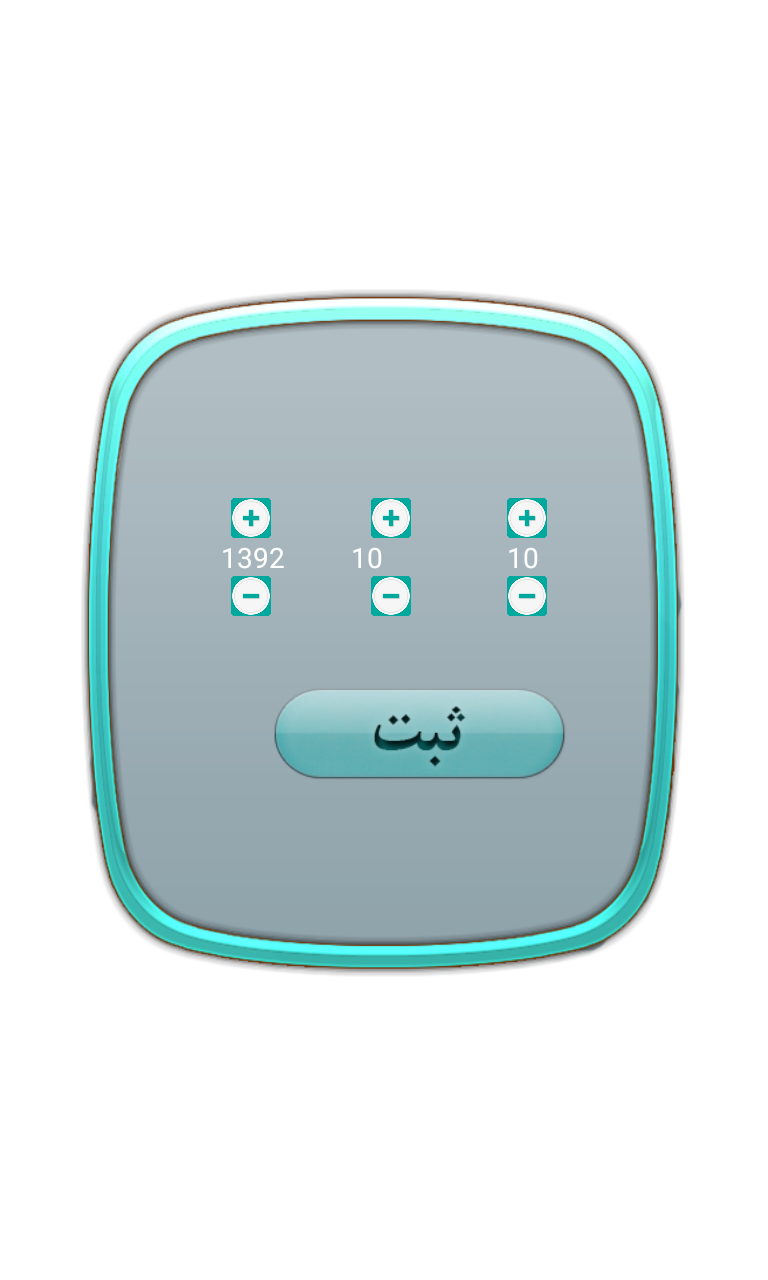
Repository: AtiehPardaz/Reports-Mobile
Layout: Reportsmobile/res/layout/activity_datepicker.xml
An editor plug-in stored every save of this project. The layout is shown before and after the next save, followed by the edit.
It is drawn on a 768 x 1280 px phone screen (xhdpi) without system bars, with theme Theme.behzad; the app's code is not run.

Above is the layout before, as saved 2015-03-10 13:01:51.

### Reportsmobile/res/layout/activity_datepicker.xml
<RelativeLayout xmlns:android="http://schemas.android.com/apk/res/android"
    xmlns:tools="http://schemas.android.com/tools"
    android:layout_width="match_parent"
    android:layout_height="match_parent" >

    <RelativeLayout
        android:id="@+id/rel_cal"
        android:layout_width="wrap_content"
        android:layout_height="wrap_content"
        android:layout_centerHorizontal="true"
        android:layout_centerInParent="true"
        android:layout_marginTop="20sp"
        android:background="@drawable/datepicjerbg"
        android:gravity="center" >

        <RelativeLayout
            android:id="@+id/rel_left"
            android:layout_width="60sp"
            android:layout_height="wrap_content" >

            <ImageView
                android:id="@+id/top_image_year"
                android:layout_width="20sp"
                android:layout_height="20sp"
                android:layout_marginLeft="15sp"
                android:background="@drawable/arow_top_calender" >
            </ImageView>

            <TextView
                android:id="@+id/txt_name_year"
                android:layout_width="wrap_content"
                android:layout_height="wrap_content"
                android:layout_below="@+id/top_image_year"
                android:layout_marginLeft="10sp"
                android:text="1392"
                android:textColor="#FFFFFF" >
            </TextView>

            <ImageView
                android:id="@+id/down_image_year"
                android:layout_width="20sp"
                android:layout_height="20sp"
                android:layout_below="@+id/txt_name_year"
                android:layout_marginLeft="15sp"
                android:background="@drawable/arow_down_calender" >
            </ImageView>
        </RelativeLayout>

        <RelativeLayout
            android:id="@+id/rel_center"
            android:layout_width="65sp"
            android:layout_height="wrap_content"
            android:layout_marginLeft="10sp"
            android:layout_toRightOf="@+id/rel_left" >

            <ImageView
                android:id="@+id/top_image_month"
                android:layout_width="20sp"
                android:layout_height="20sp"
                android:layout_marginLeft="15sp"
                android:background="@drawable/arow_top_calender" >
            </ImageView>

            <TextView
                android:id="@+id/txt_name_month"
                android:layout_width="wrap_content"
                android:layout_height="wrap_content"
                android:layout_below="@+id/top_image_month"
                android:layout_marginLeft="5sp"
                android:text="10"
                android:textColor="#FFFFFF" >
            </TextView>

            <ImageView
                android:id="@+id/down_image_month"
                android:layout_width="20sp"
                android:layout_height="20sp"
                android:layout_below="@+id/txt_name_month"
                android:layout_marginLeft="15sp"
                android:background="@drawable/arow_down_calender" >
            </ImageView>
        </RelativeLayout>

        <RelativeLayout
            android:id="@+id/rel_right"
            android:layout_width="30sp"
            android:layout_height="wrap_content"
            android:layout_marginLeft="18sp"
            android:layout_toRightOf="@+id/rel_center" >

            <ImageView
                android:id="@+id/top_image_day"
                android:layout_width="20sp"
                android:layout_height="20sp"
                android:background="@drawable/arow_top_calender" >
            </ImageView>

            <TextView
                android:id="@+id/txt_name_day"
                android:layout_width="wrap_content"
                android:layout_height="wrap_content"
                android:layout_below="@+id/top_image_day"
                android:text="10"
                android:textColor="#FFFFFF" >
            </TextView>

            <ImageView
                android:id="@+id/down_image_day"
                android:layout_width="20sp"
                android:layout_height="20sp"
                android:layout_below="@+id/txt_name_day"
                android:background="@drawable/arow_down_calender" >
            </ImageView>
        </RelativeLayout>

        <ImageButton
            android:id="@+id/imageButton1"
            android:layout_width="wrap_content"
            android:layout_height="wrap_content"
            android:layout_alignRight="@+id/rel_right"
            android:layout_below="@+id/rel_left"
            android:layout_marginTop="35dp"
            android:background="@drawable/img_btn_sabt"
            android:src="@drawable/btn_click" />

    </RelativeLayout>

    <ImageView
        android:id="@+id/imageView1"
        android:layout_width="wrap_content"
        android:layout_height="wrap_content"
        android:layout_below="@+id/rel_cal"
        android:layout_centerHorizontal="true" >
    </ImageView>

</RelativeLayout>

### Reportsmobile/res/drawable/btn_click.xml
<selector xmlns:android="http://schemas.android.com/apk/res/android">
<item android:state_focused="true" android:drawable="@drawable/btnclick"/>
<item android:state_pressed="true" android:drawable="@drawable/btnclick" />

</selector>

Loaded but not shown: Reportsmobile/res/values/styles.xml (common file)

After the next save:
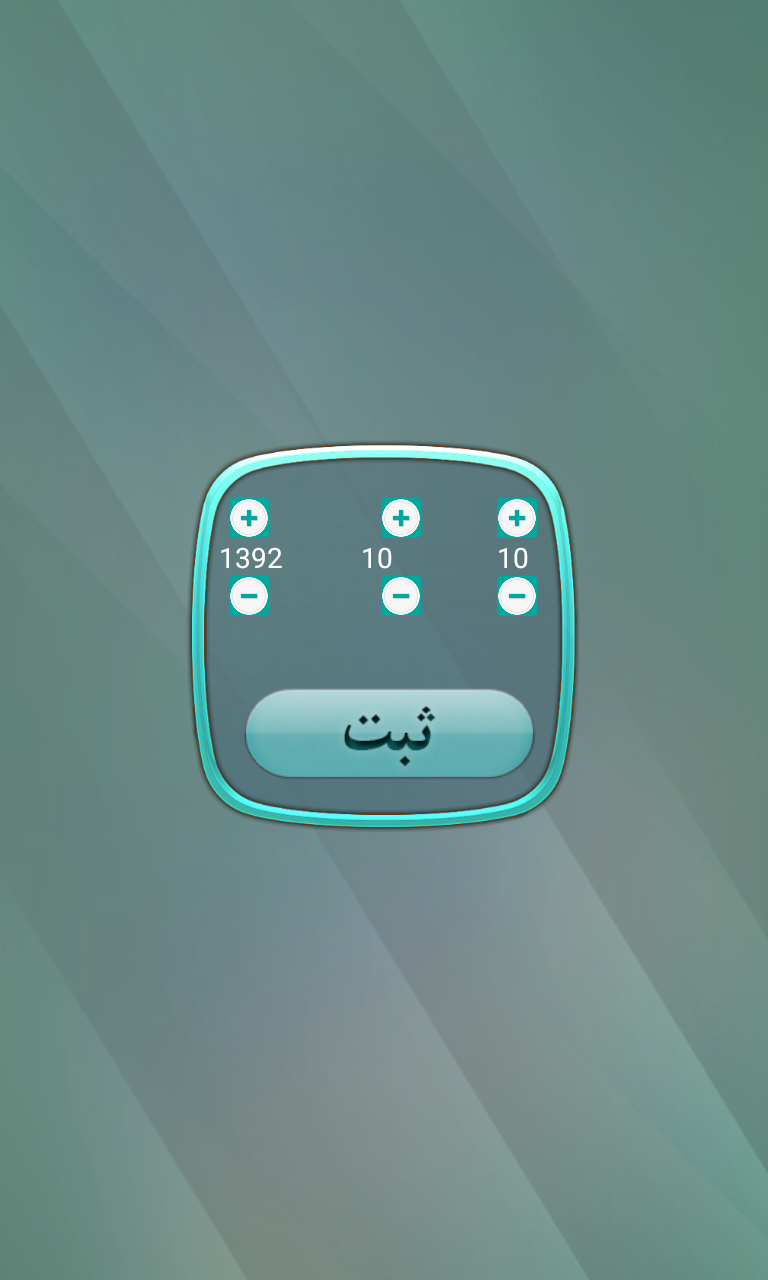
Saved 9 min 27 s later.
--- a/Reportsmobile/res/layout/activity_datepicker.xml
+++ b/Reportsmobile/res/layout/activity_datepicker.xml
@@ -1,12 +1,13 @@
 <RelativeLayout xmlns:android="http://schemas.android.com/apk/res/android"
     xmlns:tools="http://schemas.android.com/tools"
     android:layout_width="match_parent"
-    android:layout_height="match_parent" >
+    android:layout_height="match_parent"
+    android:background="@drawable/backmenutransparent" >
 
     <RelativeLayout
         android:id="@+id/rel_cal"
-        android:layout_width="wrap_content"
-        android:layout_height="wrap_content"
+        android:layout_width="250dp"
+        android:layout_height="200dp"
         android:layout_centerHorizontal="true"
         android:layout_centerInParent="true"
         android:layout_marginTop="20sp"
@@ -16,7 +17,8 @@
         <RelativeLayout
             android:id="@+id/rel_left"
             android:layout_width="60sp"
-            android:layout_height="wrap_content" >
+            android:layout_height="wrap_content"
+            android:gravity="center" >
 
             <ImageView
                 android:id="@+id/top_image_year"
@@ -51,7 +53,8 @@
             android:layout_width="65sp"
             android:layout_height="wrap_content"
             android:layout_marginLeft="10sp"
-            android:layout_toRightOf="@+id/rel_left" >
+            android:layout_toRightOf="@+id/rel_left"
+            android:gravity="center" >
 
             <ImageView
                 android:id="@+id/top_image_month"
@@ -86,7 +89,9 @@
             android:layout_width="30sp"
             android:layout_height="wrap_content"
             android:layout_marginLeft="18sp"
-            android:layout_toRightOf="@+id/rel_center" >
+            android:layout_marginRight="20dp"
+            android:layout_toRightOf="@+id/rel_center"
+            android:gravity="center" >
 
             <ImageView
                 android:id="@+id/top_image_day"
@@ -119,6 +124,7 @@
             android:layout_height="wrap_content"
             android:layout_alignRight="@+id/rel_right"
             android:layout_below="@+id/rel_left"
+            android:layout_marginRight="5dp"
             android:layout_marginTop="35dp"
             android:background="@drawable/img_btn_sabt"
             android:src="@drawable/btn_click" />
